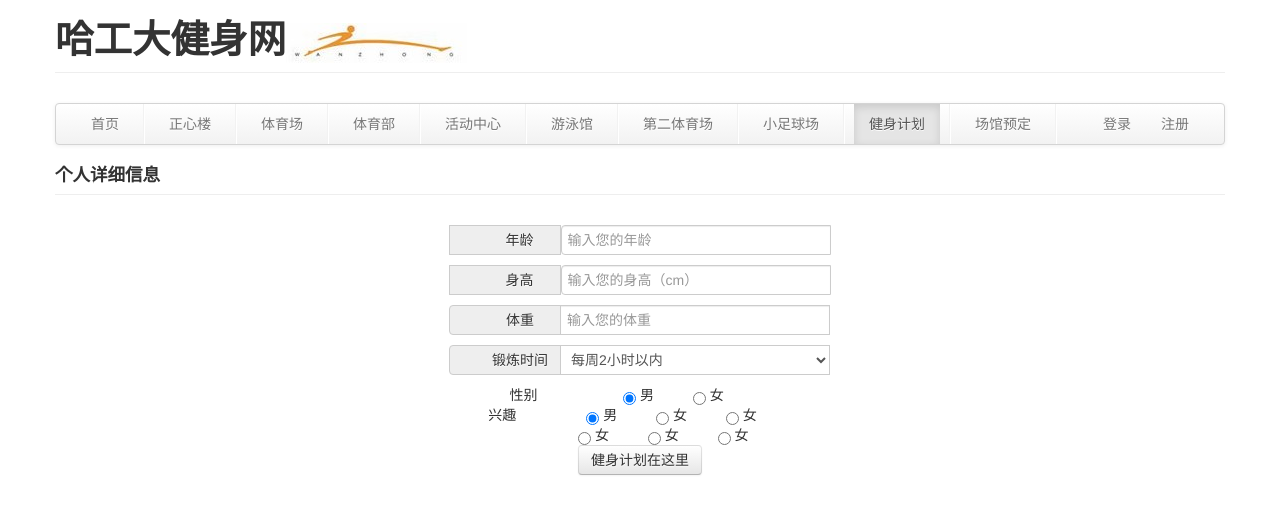
Repository: hitDeveloper/fitness
Page: http://localhost/project/myplan.jsp
The author's editor kept a copy of each file at every save. The page is drawn from the files as they stood at one save, then again after the next save.
The browser window is 1280 px wide. The pictures show the whole page.
The page is served by Tomcat 9. Nobody is signed in. The application's start-up code is not run. Other server files are loaded and not shown.

Above is the page before, as saved 2014-11-19 01:13:50.

### Project/project/WebRoot/myplan.jsp
<%@ page language="java" import="java.util.*" pageEncoding="UTF-8"%>
<!DOCTYPE html>
<html>
<head>
<title>首页</title>
	<meta name="viewport" content="width=device-width, initial-scale=1.0"  charset="utf-8">
	<link href="bootstrap.min.css" rel="stylesheet" type="text/css" media="screen">
	<link href="bootstrap-responsive.min.css" rel="stylesheet" type="text/css">
</head>
<body>
<div class="container">
<h1 class="page-header" >哈工大健身网<img src="image/logo.jpg"></h1>
<div class="navbar">
<div class="navbar-inner">
<div class="container">
<ul class="nav">
	<li><a href="main.jsp">首页</a></li>
	<li class="divider-vertical"></li>
	<li><a href="zhengxin.jsp">正心楼</a></li>
	<li class="divider-vertical"></li>
	<li><a href="gym.jsp">体育场</a></li>
	<li class="divider-vertical"></li>
	<li><a href="tiyubu.jsp">体育部</a></li>
	<li class="divider-vertical"></li>
	<li><a href="center.jsp">活动中心</a></li>
	<li class="divider-vertical"></li>
	<li><a href="swimming.jsp">游泳馆</a></li>
	<li class="divider-vertical"></li>
	<li><a href="gym2.jsp">第二体育场</a></li>
	<li class="divider-vertical"></li>
	<li><a href="xiaozuqiuchang.jsp">小足球场</a></li>
	<li class="divider-vertical"></li>
	<li class="active"><a href="myplan.jsp">健身计划</a></li>
	<li class="divider-vertical"></li>
	<li><a href="book.jsp">场馆预定</a></li>
	<li class="divider-vertical"></li>
</ul>
<ul class="nav pull-right">
	<li><a href="login.jsp">登录</a></li>
	<li><a href="register.jsp">注册</a></li>
</ul>
</div>
</div>
</div>
<h4 class="page-header">个人详细信息</h4>
<div align="center">
<div class="input-append">
<span class="add-on"><div class="span1" align="center">年龄</div></span>
<input type="text" placeholder="输入您的年龄" class="span3" name="age" />
</div></div>
<div align="center">
<div class="input-append">
<span class="add-on"><div class="span1" align="center">身高</div></span>
<input type="password" placeholder="输入您的身高（cm）" class="span3" name="height" />
</div></div>
<div align="center">
<div class="input-prepend input-append">
<span class="add-on"><div class="span1" align="center">体重</div></span>
<input type="password" placeholder="输入您的体重" class="span3" name="weight" />
</div></div>
<div align="center">
<div class="input-prepend input-append">
<span class="add-on"><div class="span1" align="center">锻炼时间</div></span>
<select class="span3" name="payTime">
<option value="每周2小时以内">每周2小时以内</option>
<option value="每周2-5小时之间">每周2-5小时之间</option>
<option value="每周5小时以上">每周5小时以上</option>
</select>
</div></div>
<div align="center">
	 性别&nbsp;&nbsp;&nbsp;&nbsp;&nbsp;&nbsp;&nbsp;&nbsp;&nbsp;&nbsp;&nbsp;&nbsp;&nbsp;&nbsp;&nbsp;&nbsp;&nbsp;&nbsp;&nbsp;&nbsp;&nbsp;
     <input type="radio" name="gender" value="男" checked> 男&nbsp;&nbsp;&nbsp;&nbsp;&nbsp;&nbsp;&nbsp;&nbsp;&nbsp;
     <input type="radio" name="gender" value="女"> 女&nbsp;&nbsp;&nbsp;&nbsp;&nbsp;&nbsp;&nbsp;&nbsp;&nbsp;&nbsp;&nbsp;&nbsp;
</div>
<div align="center">
	 兴趣&nbsp;&nbsp;&nbsp;&nbsp;&nbsp;&nbsp;&nbsp;&nbsp;&nbsp;&nbsp;&nbsp;&nbsp;&nbsp;&nbsp;&nbsp;&nbsp;&nbsp;
     <input type="radio" name="hobby" value="男" checked> 男&nbsp;&nbsp;&nbsp;&nbsp;&nbsp;&nbsp;&nbsp;&nbsp;&nbsp;
     <input type="radio" name="hobby" value="女">         女&nbsp;&nbsp;&nbsp;&nbsp;&nbsp;&nbsp;&nbsp;&nbsp;&nbsp;
     <input type="radio" name="hobby" value="女">         女&nbsp;&nbsp;&nbsp;&nbsp;&nbsp;&nbsp;&nbsp;&nbsp;&nbsp;<br>
     &nbsp;&nbsp;&nbsp;&nbsp;&nbsp;&nbsp;&nbsp;&nbsp;&nbsp;&nbsp;&nbsp;&nbsp;&nbsp;&nbsp;&nbsp;&nbsp;&nbsp;&nbsp;&nbsp;&nbsp;
     <input type="radio" name="hobby" value="女">         女&nbsp;&nbsp;&nbsp;&nbsp;&nbsp;&nbsp;&nbsp;&nbsp;&nbsp;
     <input type="radio" name="hobby" value="女">         女&nbsp;&nbsp;&nbsp;&nbsp;&nbsp;&nbsp;&nbsp;&nbsp;&nbsp;
     <input type="radio" name="hobby" value="女">         女&nbsp;&nbsp;&nbsp;&nbsp;&nbsp;&nbsp;&nbsp;&nbsp;&nbsp;
</div>
<div align="center">
	<input class="btn" type="submit" value="健身计划在这里"/>
</div>

</div>
		<script src="jquery-1.11.1.min.js"></script>
		<script src="bootstrap.min.js"></script>
</body>
</html>

Loaded but not shown: Project/project/WebRoot/bootstrap.min.css (library); Project/project/WebRoot/bootstrap-responsive.min.css (library); Project/project/WebRoot/jquery-1.11.1.min.js (library); Project/project/WebRoot/bootstrap.min.js (library)

After the next save:
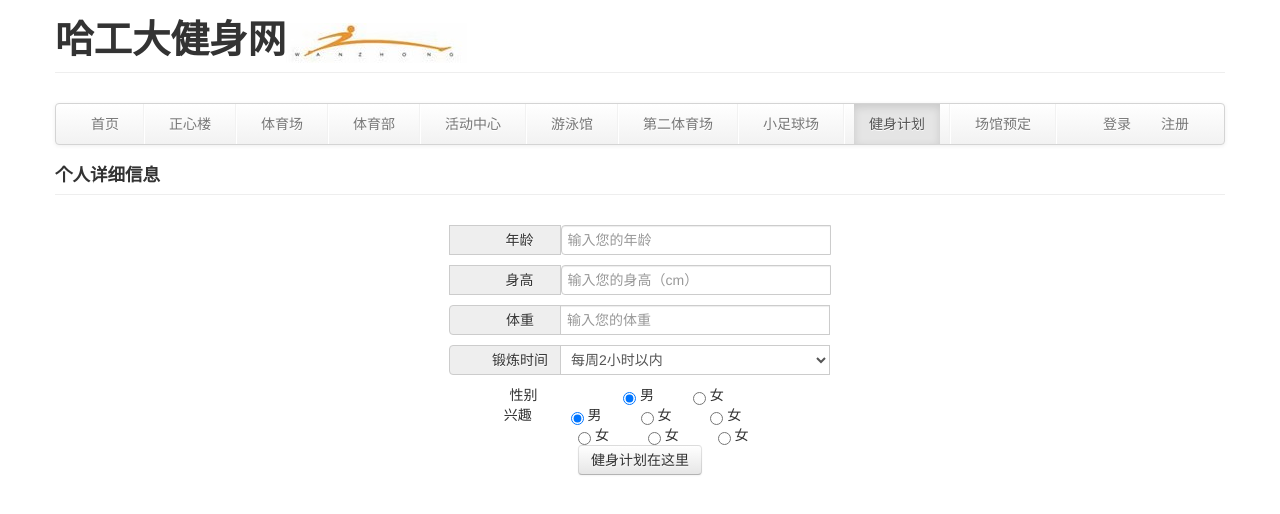
Saved 15 s later.
--- a/Project/project/WebRoot/myplan.jsp
+++ b/Project/project/WebRoot/myplan.jsp
@@ -73,7 +73,7 @@
      <input type="radio" name="gender" value="女"> 女&nbsp;&nbsp;&nbsp;&nbsp;&nbsp;&nbsp;&nbsp;&nbsp;&nbsp;&nbsp;&nbsp;&nbsp;
 </div>
 <div align="center">
-	 兴趣&nbsp;&nbsp;&nbsp;&nbsp;&nbsp;&nbsp;&nbsp;&nbsp;&nbsp;&nbsp;&nbsp;&nbsp;&nbsp;&nbsp;&nbsp;&nbsp;&nbsp;
+	 兴趣&nbsp;&nbsp;&nbsp;&nbsp;&nbsp;&nbsp;&nbsp;&nbsp;&nbsp;
      <input type="radio" name="hobby" value="男" checked> 男&nbsp;&nbsp;&nbsp;&nbsp;&nbsp;&nbsp;&nbsp;&nbsp;&nbsp;
      <input type="radio" name="hobby" value="女">         女&nbsp;&nbsp;&nbsp;&nbsp;&nbsp;&nbsp;&nbsp;&nbsp;&nbsp;
      <input type="radio" name="hobby" value="女">         女&nbsp;&nbsp;&nbsp;&nbsp;&nbsp;&nbsp;&nbsp;&nbsp;&nbsp;<br>
